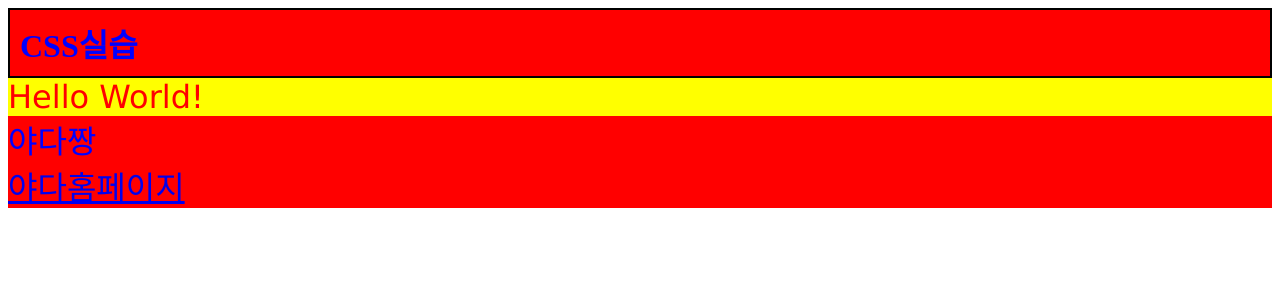
Repository: ashojm/WebWork
Page: Web/first.html
These files come from the project's save history. The page is drawn as it stood at one moment and after the next save; the edit follows.
The browser window is 1280 px wide. The pictures show the whole page.

Above is the page before, as saved 2015-11-12 16:34:41.

After the next save:
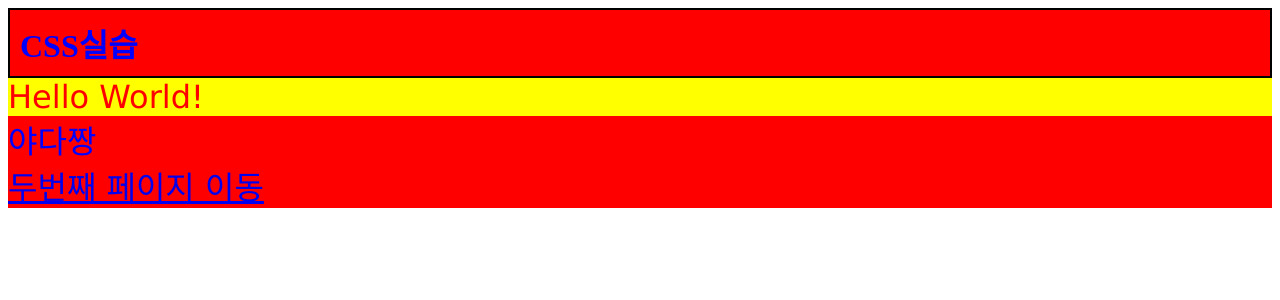
Saved 27 s later.
--- a/Web/first.html
+++ b/Web/first.html
@@ -14,7 +14,7 @@
 			야다짱
 		</p>
 		<p class="yada">
-			<a href="http://www.naver.com">야다홈페이지</a>
+			<a href="second.html" target="">두번째 페이지 이동</a>
 
 		</p>
 
